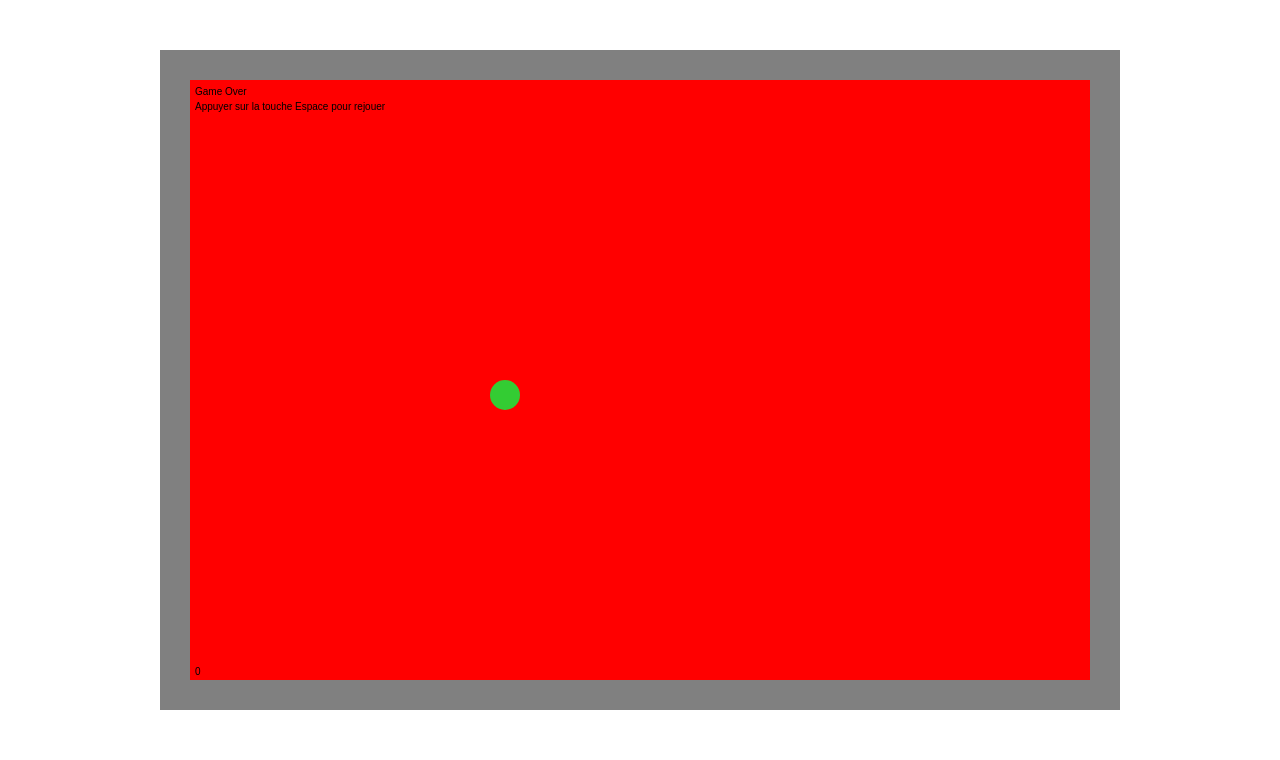
Repository: 0Memo/serpent
Page: index.html
The author's editor kept a copy of each file at every save. The page is drawn from the files as they stood at one save, then again after the next save.
The browser window is 1280 px wide. The pictures show the whole page.

Above is the page before, as saved 2020-12-16 22:10:29.

After the next save:
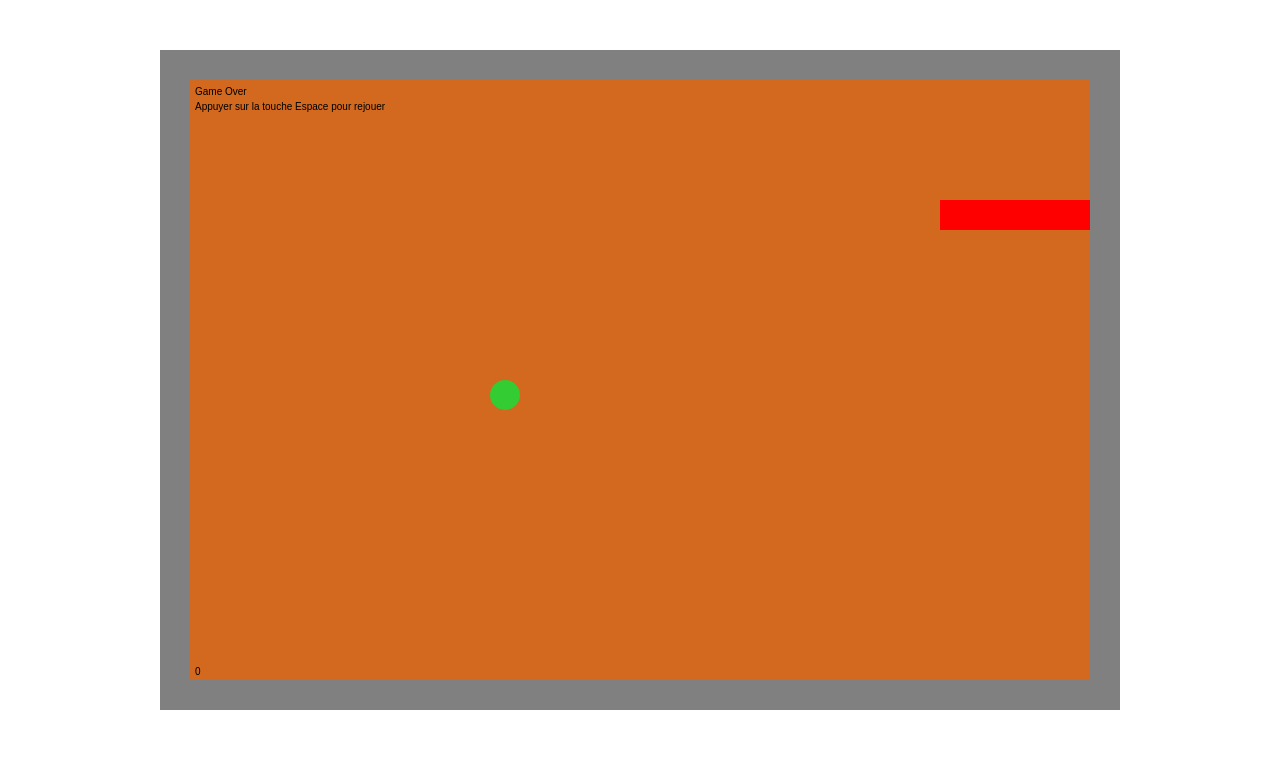
Saved 10 s later.
--- a/js/script.js
+++ b/js/script.js
@@ -19,7 +19,7 @@ window.onload = function(){
         canvas.style.border = "30px solid gray";
         canvas.style.margin = "50px auto";
         canvas.style.display = "block";
-        canvas.style.backgroundColor = "red";
+        canvas.style.backgroundColor = "chocolate";
         document.body.appendChild(canvas);
         ctx = canvas.getContext('2d');
         snakey = new snake([[6,4], [5,4], [4,4], [3,4], [2, 4]], "right");
